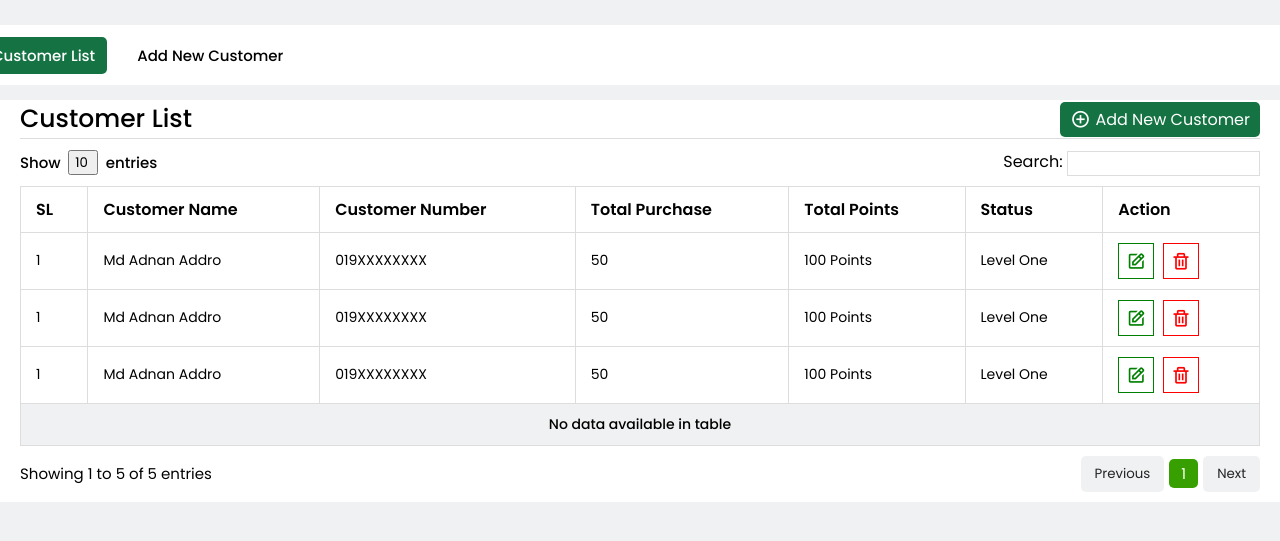
Repository: codebyaddro/customer-page
Page: customer.html
These files come from the project's save history. The page is drawn as it stood at one moment and after the next save; the edit follows.
The browser window is 1280 px wide. The pictures show the whole page.

Above is the page before, as saved 2025-02-20 14:28:41.

After the next save:
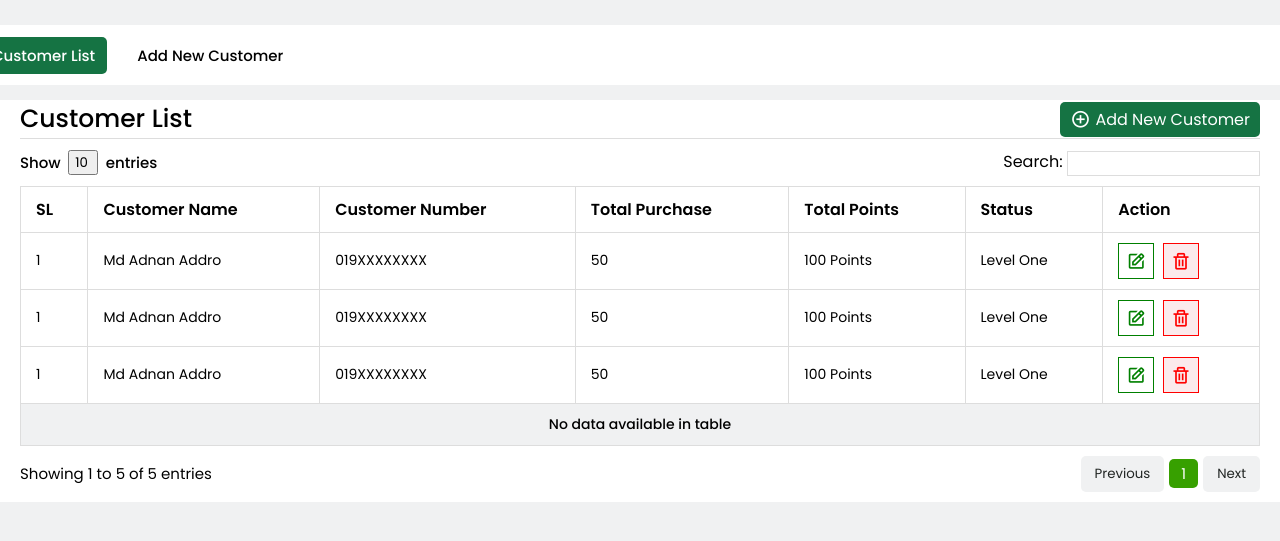
Saved 5 s later.
--- a/css/customer.css
+++ b/css/customer.css
@@ -265,7 +265,7 @@ tbody tr:hover {
 
 .cba-cusc-delete-icon {
     color: var(--red);
-    background-color: var(--light-red);
+    background-color: var(--lt-red);
     padding: 7px 7px;
     margin-left: 2.5px;
     border: 1px solid var(--red);
